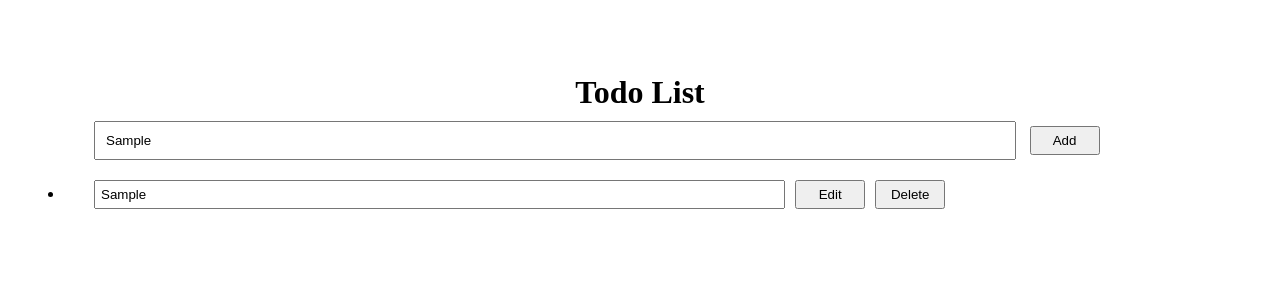
Repository: TENSAEA/----todo
Page: index.html
An editor plug-in stored every save of this project. The page is shown before and after the next save, followed by the edit.
The browser window is 1280 px wide. The pictures show the whole page.
Empty fields were first filled with sample values (such as "Sample", 5 or name@example.com).
After loading, the first visible `#addBtn` was clicked once.

Above is the page before, as saved 2023-10-12 21:15:06.

### index.html
<!DOCTYPE html>
<html lang="en">
  <head>
    <meta charset="UTF-8" />
    <meta name="viewport" content="width=device-width, initial-scale=1.0" />
    <title>TodoList</title>
    <link rel="stylesheet" href="style.css" />
  </head>
  <body>
    <div class="container">
      <h1>Todo List</h1>
      <div class="header">
        <form class="form">
          <input type="text" id="add" />
          <label for="add"><button id="addBtn">Add</button></label>
        </form>
      </div>
      <div class="list-div">
        <!-- <div class="list-hide">
          <ul class="list">
            <li>
              <input class="list-text" type="text" id="edit" readonly />
              <label for="edit">
                <button class="edit">Edit</button
                ><button class="delete">Delete</button>
              </label>
            </li>
          </ul>
        </div> -->
      </div>
    </div>
    <script src="script.js"></script>
  </body>
</html>

### style.css
*{
   box-sizing:border-box;
   margin:0;
   padding:0;
}

.container{
    display: flex;
    flex-direction: column;
    padding: 5%;
}

.container h1{
    padding:10px;
    text-align:center;
}

.header{
    padding-bottom: 20px;
}

#add{
    padding: 10px;
    width:80%;
    margin-left:30px;
}
.form label button{
    padding:5px;
    width:70px;
    margin-left:10px;
    cursor: pointer;
}

.list{
    padding-bottom: 20px;
}

.list ul{
    list-style: none;
}

.list-div .list li .list-text{
    padding: 5px;
    width:60%;
    margin-left:30px;
}
.edit,.delete{
    padding:5px;
    width:70px;
    margin-left:10px;
    cursor: pointer;
}

### script.js
window.addEventListener("load", () => {
  let addInput = document.getElementById("add");
  let addBtn = document.getElementById("addBtn");

  addBtn.addEventListener("click", (e) => {
    e.preventDefault();
    console.log("clicked");
    let list = document.querySelector(".list-div");
    let ul = document.createElement("ul");
    ul.classList.add("list");
    let li = document.createElement("li");
    ul.appendChild(li);
    let input = document.createElement("input");
    input.classList.add("list-text");
    input.type = "text";
    input.id = "edit";
    input.setAttribute("readonly", "readonly");
    input.value = addInput.value;
    li.appendChild(input);

    let label = document.createElement("label");
    label.setAttribute("for", "edit");
    li.appendChild(label);
    let buttonOne = document.createElement("button");
    buttonOne.classList.add("edit");
    buttonOne.textContent = "Edit";
    label.appendChild(buttonOne);
    let buttonTwo = document.createElement("button");
    buttonTwo.classList.add("delete");
    buttonTwo.textContent = "Delete";
    label.appendChild(buttonTwo);

    let listHide = document.createElement("div");
    listHide.classList.add("list-hide");

    listHide.appendChild(ul);
    list.appendChild(listHide);

    buttonOne.addEventListener("click", () => {
      if (buttonOne.textContent.toLowerCase() == "edit") {
        input.removeAttribute("readonly");
        buttonOne.textContent = "Save";
        input.focus();
      } else {
        input.setAttribute("readonly", "readonly");
        buttonOne.textContent = "Edit";
      }
    });

    buttonTwo.addEventListener("click", () => {
      list.removeChild(listHide);
    });
  });
});

After the next save:
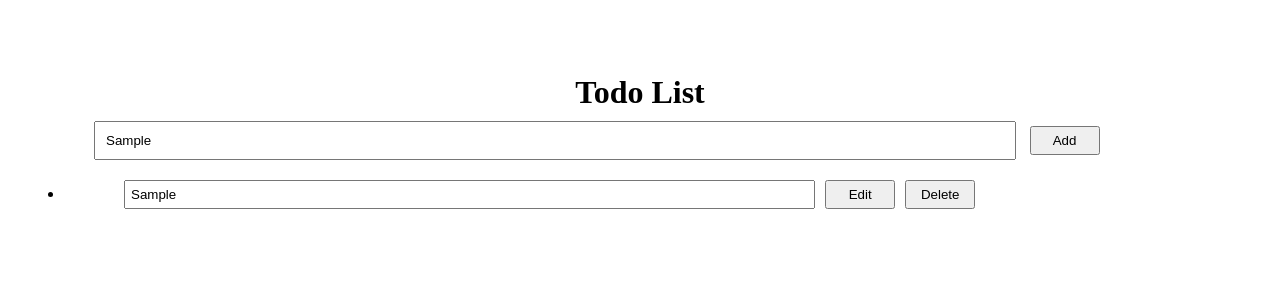
Saved 25 s later.
--- a/style.css
+++ b/style.css
@@ -42,7 +42,7 @@
 .list-div .list li .list-text{
     padding: 5px;
     width:60%;
-    margin-left:30px;
+    margin-left:60px;
 }
 .edit,.delete{
     padding:5px;
